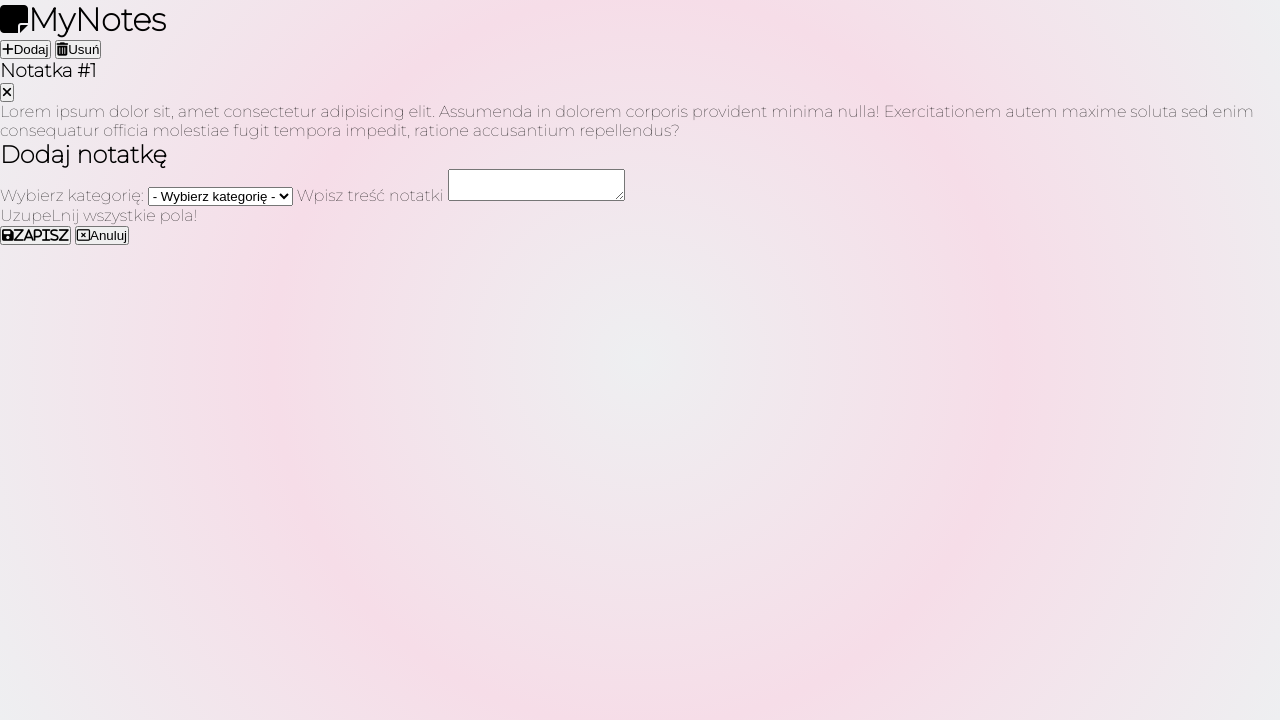
Repository: KrzysKolo/Projekt-7_Notes
Page: js/index.html
The author's editor kept a copy of each file at every save. The page is drawn from the files as they stood at one save, then again after the next save.
The browser window is 1280 px wide. The pictures show the whole page.
Some web libraries are served in a nearby version.

Above is the page before, as saved 2020-07-07 13:32:41.
Console error: SyntaxError: Unexpected token '<'

### js/index.html
<!DOCTYPE html>
<html lang="en">
  <head>
    <meta charset="UTF-8" />
    <meta name="viewport" content="width=device-width, initial-scale=1.0" />
    <title>projekt 6 - My notes</title>
    <script
      src="https://kit.fontawesome.com/21efeaf281.js"
      crossorigin="anonymous"
    ></script>
    <link
      href="https://fonts.googleapis.com/css2?family=Montserrat:wght@100&display=swap"
      rel="stylesheet"
    />
    <link rel="stylesheet" href="./../css/style.css" />
  </head>
  <body>
    <div class="menu">
      <h1><i class="fas fa-sticky-note"></i>MyNotes</h1>
      <div class="menu-buttons">
        <button class="add icon"><i class="fas fa-plus"></i>Dodaj</button>
        <button class="delete-all icon">
          <i class="fas fa-trash-alt"></i>Usuń
        </button>
      </div>
    </div>

    <div class="note-area">
      <div class="note">
        <div class="note-header">
          <h3 class="note-title">Notatka #1</h3>
          <button class="delete-note"><i class="fas fa-times icon"></i></button>
        </div>

        <div class="note-body">
          Lorem ipsum dolor sit, amet consectetur adipisicing elit. Assumenda in
          dolorem corporis provident minima nulla! Exercitationem autem maxime
          soluta sed enim consequatur officia molestiae fugit tempora impedit,
          ratione accusantium repellendus?
        </div>
      </div>
    </div>

    <div class="note-panel">
      <h2>Dodaj notatkę</h2>
      <label for="category">Wybierz kategorię: </label>
      <select id="category">
        <option value="0" disabled selected>- Wybierz kategorię -</option>
        <option value="1">Praca</option>
        <option value="2">Dom</option>
        <option value="3">Zakupy</option>
        <option value="4">Inne</option>
      </select>

      <label for="text">Wpisz treść notatki</label>
      <textarea id="text"></textarea>

      <p class="error">UzupeLnij wszystkie pola!</p>
      <div class="panel-buttons">
        <button class="save icon"><i class="fas fa-save">Zapisz</i></button>
        <button class="cancel icon">
          <i class="far fa-window-close"></i>Anuluj
        </button>
      </div>
    </div>
    <script src="./../js/index.html"></script>
  </body>
</html>

### css/style.css
* {
  box-sizing: border-box;
  padding: 0;
  margin: 0;
}
body {
  height: 100vh;
  font-family: "Montserrat", sans-serif;
  background-image: radial-gradient(
    circle,
    rgba(238, 239, 241, 1) 0%,
    rgba(246, 221, 232, 1) 50%,
    rgba(238, 239, 241, 1) 100%
  );
}

After the next save:
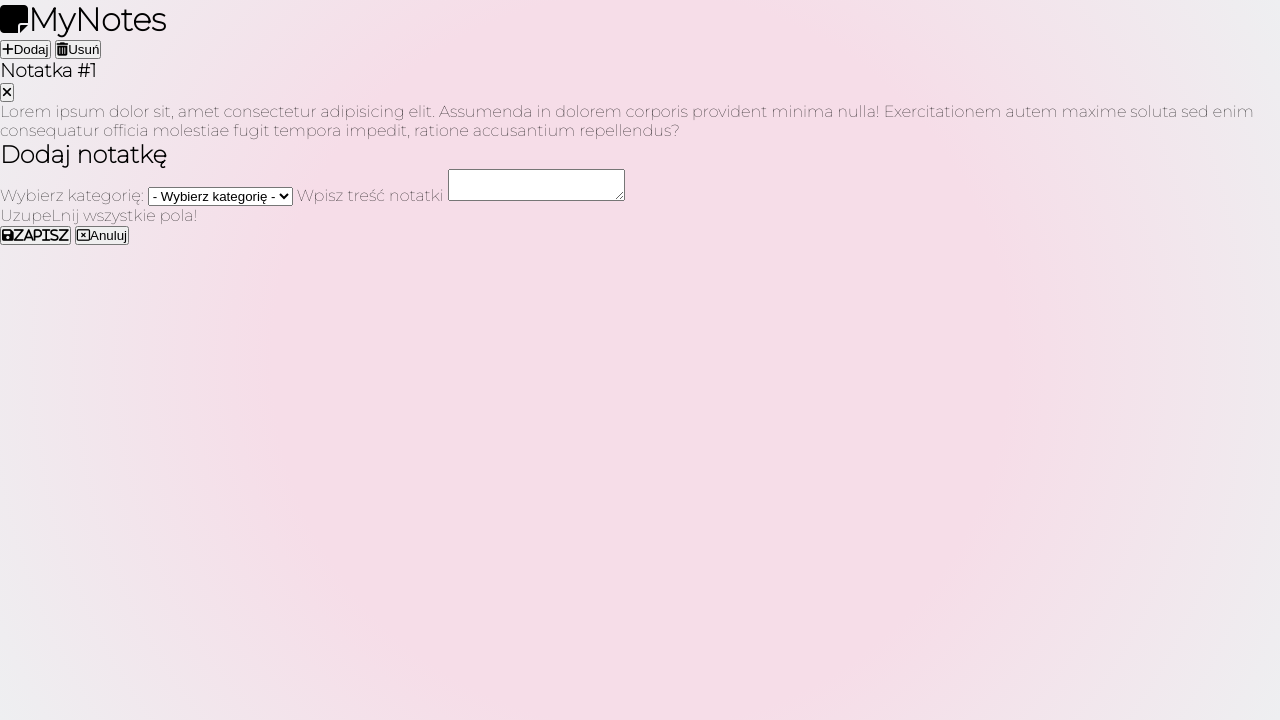
Saved 22 s later.
--- a/css/style.css
+++ b/css/style.css
@@ -8,7 +8,6 @@ body {
   font-family: "Montserrat", sans-serif;
   background-image: radial-gradient(
     circle,
-    rgba(238, 239, 241, 1) 0%,
     rgba(246, 221, 232, 1) 50%,
     rgba(238, 239, 241, 1) 100%
   );
